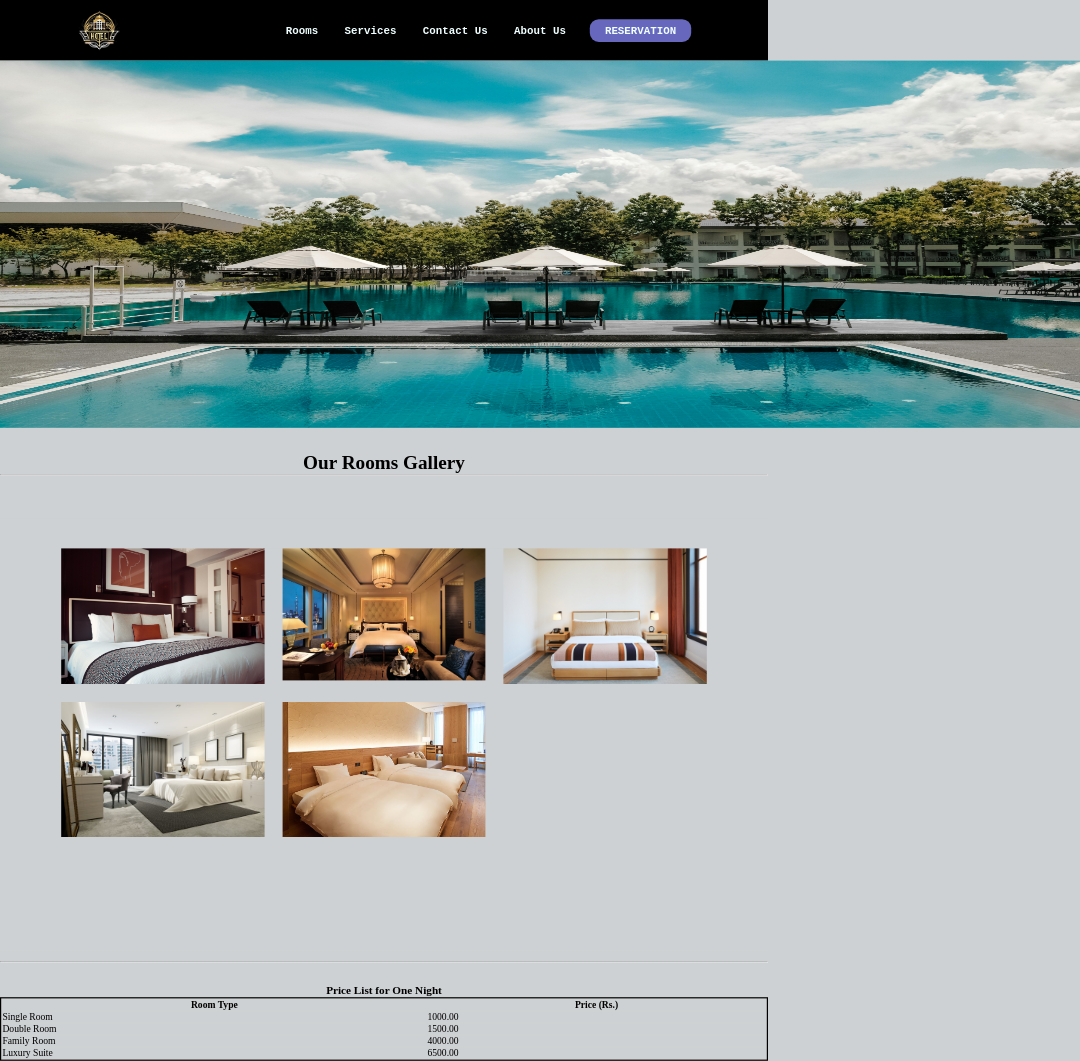
Repository: DhananjayaLakshan/Uom-Web_Design_For_Beginners
Page: Final Assignment/index.html
These files come from the project's save history. The page is drawn as it stood at one moment and after the next save; the edit follows.
The browser window is 1280 px wide. The page is 1800 px wide, so the pictures cover 1800 px, including what lies to the right of the window. The pictures show the whole page, at 60% of full size.

Above is the page before, as saved 2023-11-29 14:49:36.

### Final Assignment/index.html
<!DOCTYPE html>
<html lang="en">
<head>
    <meta charset="UTF-8">
    <meta name="viewport" content="width=device-width, initial-scale=1.0">
    <title>Ceylon Hotel</title>

    <link rel="stylesheet" href="style.css">
    <script src="script.js"></script>
</head>
<body>

    <header>
        <img class="logo" src="img/logo.png" alt="logo">

        <nav>
            <ul class="navBar">
                <li>
                    <a href="#"> Rooms</a>
                </li>

                <li>
                    <a href="#"> Services</a>
                </li>

                <li>
                    <a href="#"> Contact Us</a>
                </li>

                <li>
                    <a href="#"> About Us</a>
                </li>
            </ul>
        </nav>

        <a class="button" href="#"> <button>RESERVATION</button> </a>
    </header>

        <img class="coverImg" src="img/hotel-cover.jpg" alt="cover">

        <br><br><br>

        <h1 style="text-align: center;">Our Rooms Gallery</h1>
        <hr><br><br><br><br>

<div class="container">

    <div class="gallery">
        <img src="img/room1.jpeg"   alt="room1">
        <img src="img/room2.jpg"    alt="room2">
        <img src="img/room3.jpg"    alt="room3">
        <img src="img/room4.jpg"    alt="room4">
        <img src="img/room5.jpg"    alt="room5">
    </div>

</div>
<br><hr><br><br>

<table style="width:100%; border:2px solid black;">
    <h3 style="text-align: center;"> Price List for One Night</h3>
    <tr>
        <th>Room Type</th>
        <th>Price (Rs.)</th>
    </tr>

    <tr>
        <td>Single Room</td>
        <td>1000.00</td>
    </tr>

    <tr>
        <td>Double Room</td>
        <td>1500.00</td>
    </tr>

    <tr>
        <td>Family Room</td>
        <td>4000.00</td>
    </tr>

    <tr>
        <td>Luxury Suite</td>
        <td>6500.00</td>
    </tr>


</table>


</body>
</html>

### Final Assignment/style.css
*{
    box-sizing: border-box;
    padding: 0;
    margin: 0;
    background-color: rgb(206, 209, 211);
}

li,a, button{
    font-family: 'Courier New', Courier, monospace;
    font-weight: 600;
    font-size: 18px;
    text-decoration: none;
    color: azure;
}

header{
    display: flex;
    justify-content: flex-end;
    align-items: center;
    padding: 13px 10%;
    background-color:black;

}

.logo{
    width: 75px;
    height: 75px;
    cursor: pointer;
    margin-right: auto;
    background-color: black;
}

.navBar{
    list-style: none;
    background-color: black;
}

.navBar li{
    display: inline-block;
    padding: 0px 20px;
    background-color:black;
}

.navBar li a {
    transition: all 0.3s ease 0s;
    background-color:black;
}

.navBar li a:hover{
    color: red;
}

button{
    padding: 9px 25px;
    background-color:rgb(103, 103, 189);
    border: none;
    border-radius: 15px;
    cursor:pointer;
    transition: all 0.3s ease 0s;
    margin-left: 20px;
}

button:hover{
    background-color: rgb(56, 39, 161);
}

.button{
background-color:black;
}


.cover{
    width: 100px;
    max-height: 500px;
}

.coverImg{
    width: 250vh;
    height: 85vh;
}

.container{
    width: 100%;
    min-height: 100vh;
    align-items:center;
    justify-content: center;
    padding: 50px 8%;
}

.gallery{
    display: grid;
    grid-template-columns: repeat(auto-fit,minmax(250px, 1fr));
    grid-gap: 30px;
}

.gallery img{
    width: 100%;
    transition: all 0.3s ease 0s;
}

.gallery img:hover{
    border: 5px solid blue;
}

Loaded but not shown: Final Assignment/script.js (no stored copy; drawn as an empty file)

After the next save:
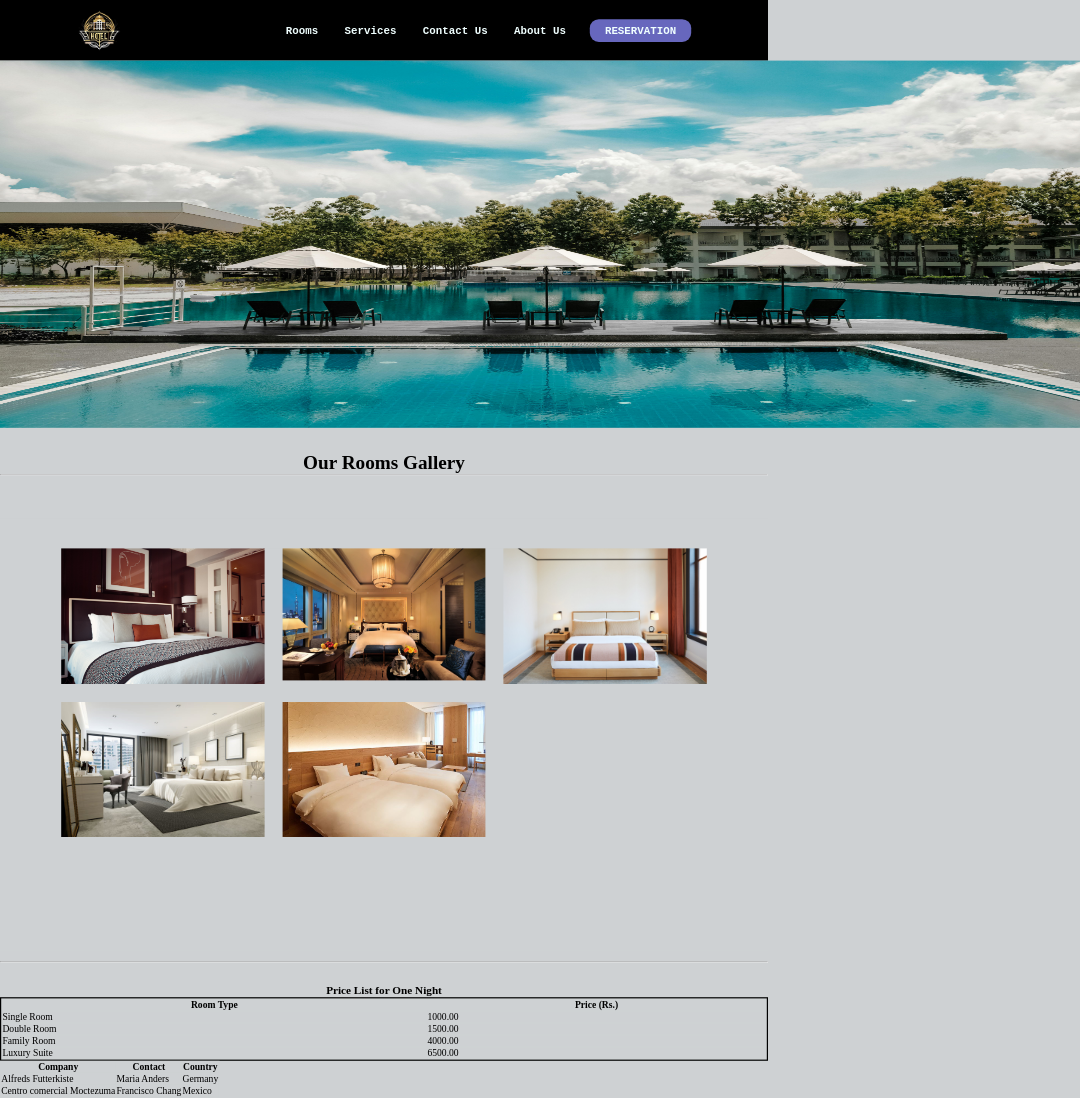
Saved 41 s later.
--- a/Final Assignment/index.html
+++ b/Final Assignment/index.html
@@ -87,5 +87,24 @@
 </table>
 
 
+<table>
+    <tr>
+      <th>Company</th>
+      <th>Contact</th>
+      <th>Country</th>
+    </tr>
+    <tr>
+      <td>Alfreds Futterkiste</td>
+      <td>Maria Anders</td>
+      <td>Germany</td>
+    </tr>
+    <tr>
+      <td>Centro comercial Moctezuma</td>
+      <td>Francisco Chang</td>
+      <td>Mexico</td>
+    </tr>
+  </table>
+
+
 </body>
 </html>

After the save that followed:
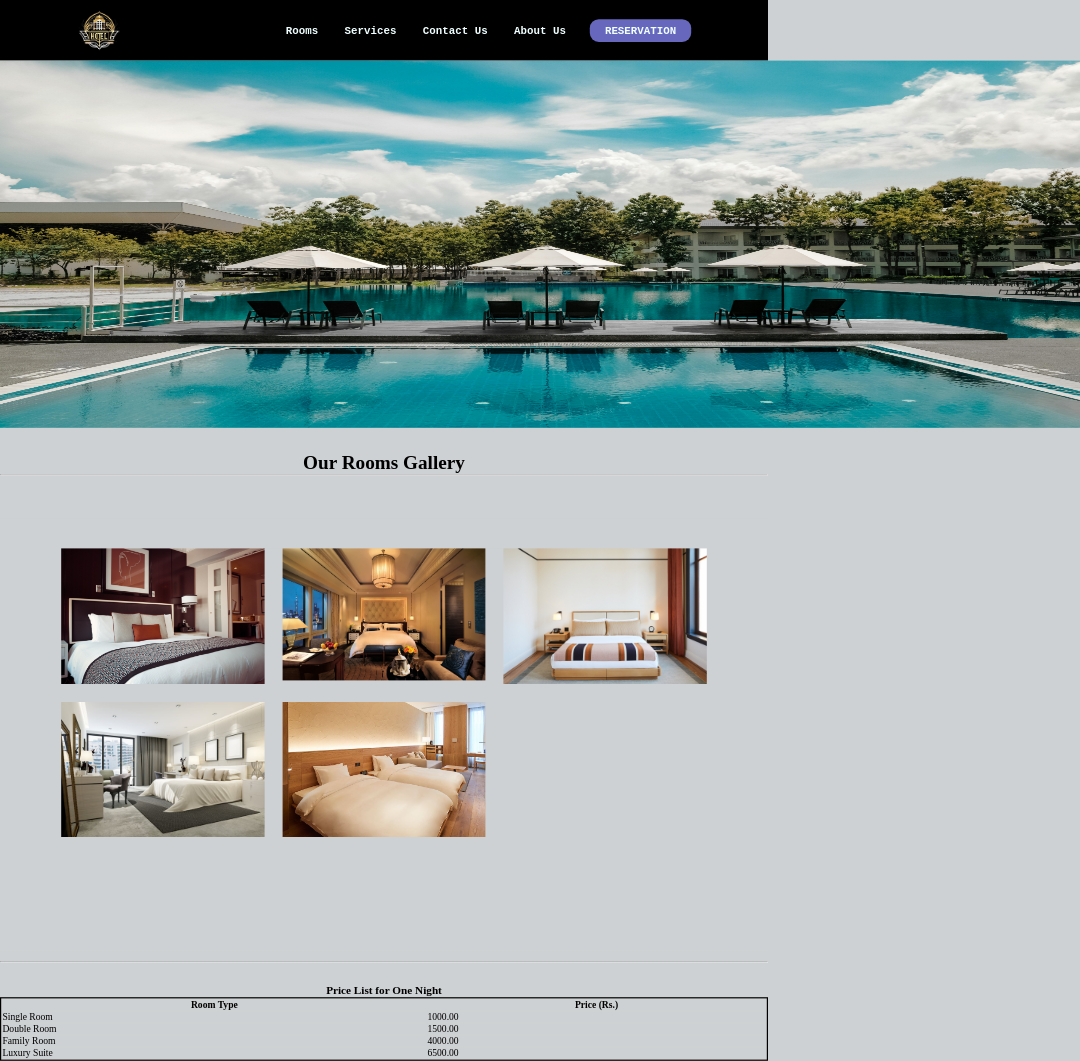
Saved 71 s later.
--- a/Final Assignment/index.html
+++ b/Final Assignment/index.html
@@ -56,8 +56,8 @@
 </div>
 <br><hr><br><br>
 
+<h3 style="text-align: center;">Price List for One Night</h3>
 <table style="width:100%; border:2px solid black;">
-    <h3 style="text-align: center;"> Price List for One Night</h3>
     <tr>
         <th>Room Type</th>
         <th>Price (Rs.)</th>
@@ -82,28 +82,8 @@
         <td>Luxury Suite</td>
         <td>6500.00</td>
     </tr>
-
-
 </table>
 
-
-<table>
-    <tr>
-      <th>Company</th>
-      <th>Contact</th>
-      <th>Country</th>
-    </tr>
-    <tr>
-      <td>Alfreds Futterkiste</td>
-      <td>Maria Anders</td>
-      <td>Germany</td>
-    </tr>
-    <tr>
-      <td>Centro comercial Moctezuma</td>
-      <td>Francisco Chang</td>
-      <td>Mexico</td>
-    </tr>
-  </table>
 
 
 </body>
